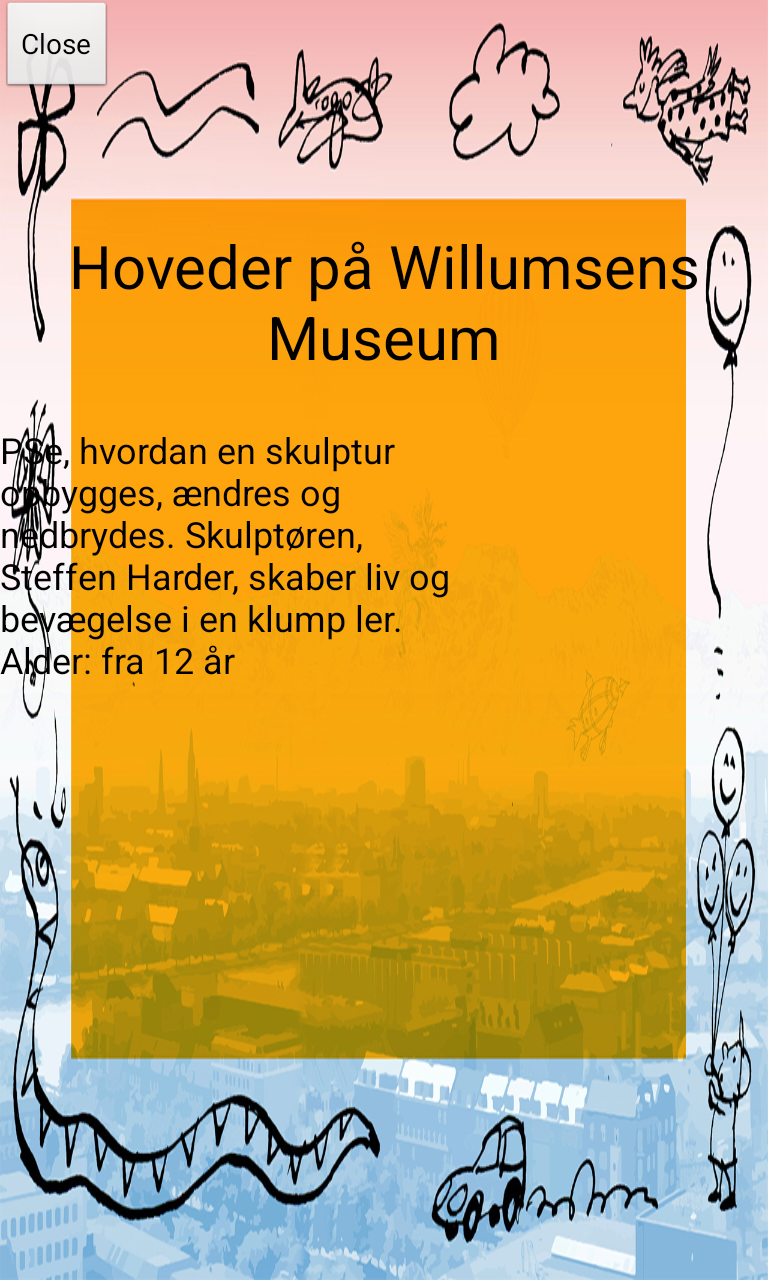
Repository: DreadMuffin/work
Layout: tablets/MovieListHis/res/layout/popup2.xml
The author's editor kept a copy of each file at every save. The layout is drawn from the files as they stood at one save, then again after the next save.
It is drawn on a 768 x 1280 px phone screen (xhdpi) without system bars, with theme android:Theme.NoTitleBar; the app's code is not run.

Above is the layout before, as saved 2015-02-26 09:53:20.

After the next save:
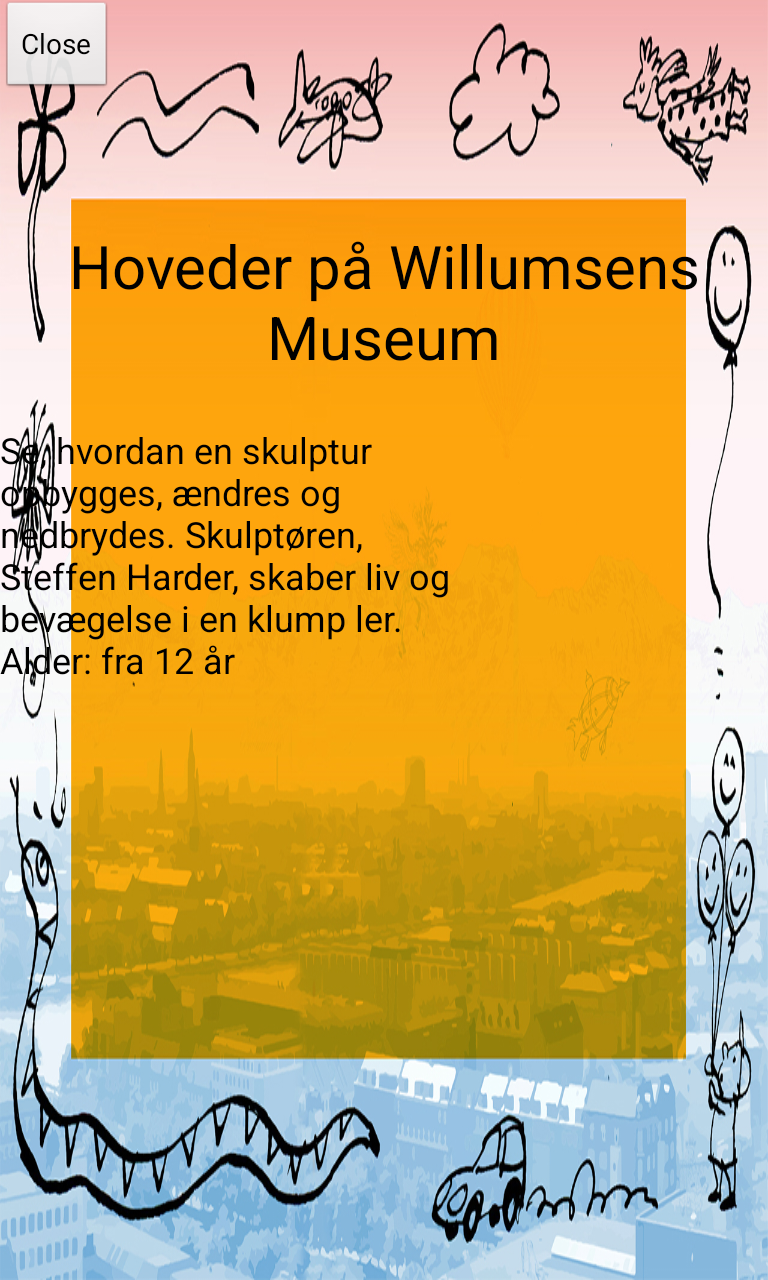
Saved 119 s later.
--- a/tablets/MovieListHis/res/layout/popup2.xml
+++ b/tablets/MovieListHis/res/layout/popup2.xml
@@ -30,7 +30,7 @@
         android:layout_alignParentRight="true"
         android:layout_marginBottom="60dp"
         android:layout_marginRight="143dp"
-        android:text="PSe, hvordan en skulptur opbygges, ændres og nedbrydes. Skulptøren, Steffen Harder, skaber liv og bevægelse i en klump ler.
+        android:text="Se, hvordan en skulptur opbygges, ændres og nedbrydes. Skulptøren, Steffen Harder, skaber liv og bevægelse i en klump ler.
 Alder: fra 12 år"
         android:textColor="#000000"
         android:textSize="18sp" />
